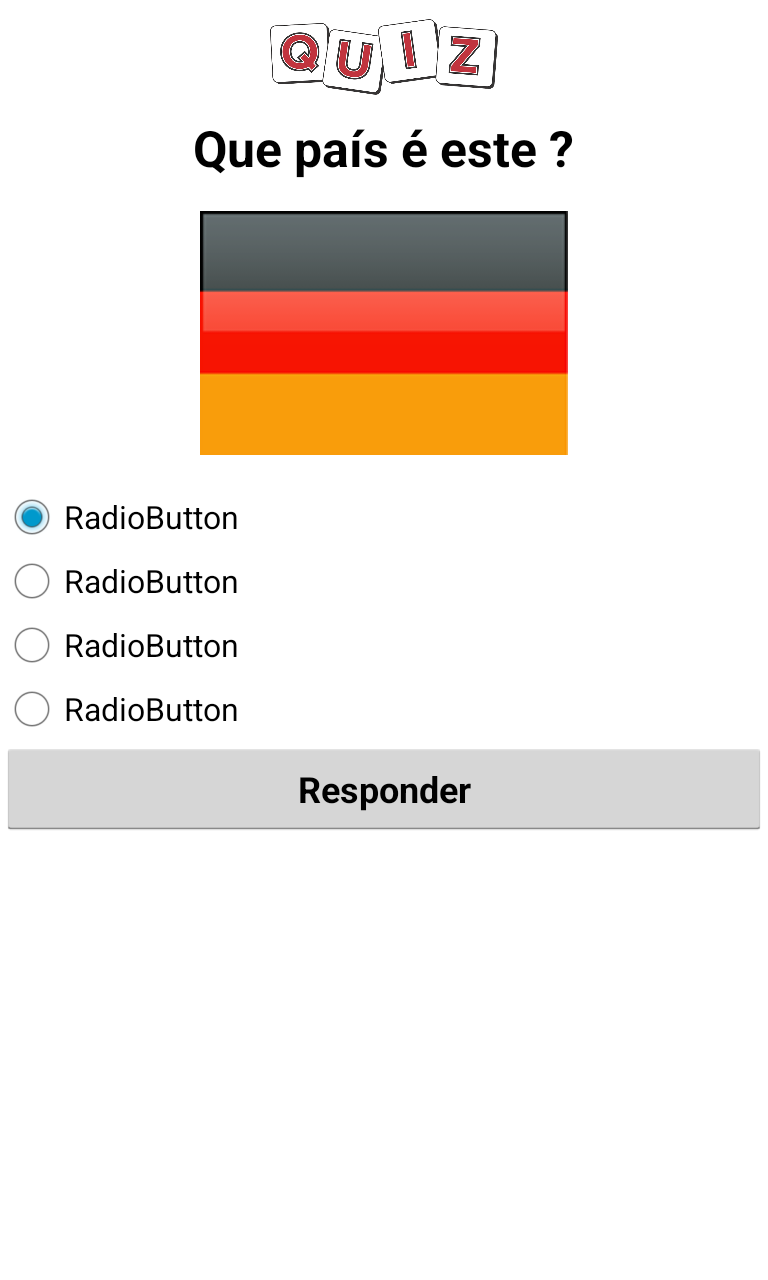
Repository: Rennanxp2/AndroidQuiz
Layout: Quiz Bandeiras Android/Quiz/res/layout/activity_quiz1.xml
The author's editor kept a copy of each file at every save. The layout is drawn from the files as they stood at one save, then again after the next save.
It is drawn on a 768 x 1280 px phone screen (xhdpi) without system bars, with theme AppTheme; the app's code is not run.

Above is the layout before, as saved 2017-10-21 22:08:21.

### Quiz Bandeiras Android/Quiz/res/layout/activity_quiz1.xml
<LinearLayout xmlns:android="http://schemas.android.com/apk/res/android"
    xmlns:tools="http://schemas.android.com/tools"
    android:id="@+id/LinearLayout1"
    android:layout_width="match_parent"
    android:layout_height="match_parent"
    android:orientation="vertical"
    tools:context="${relativePackage}.${activityClass}" >

    <LinearLayout
        android:layout_width="match_parent"
        android:layout_height="wrap_content"
        android:orientation="vertical" >

        <ImageView
            android:id="@+id/imageView1"
            android:layout_width="wrap_content"
            android:layout_height="57dp"
            android:src="@drawable/quiz" />
    </LinearLayout>

    <LinearLayout
        android:layout_width="match_parent"
        android:layout_height="wrap_content"
        android:layout_gravity="center"
        android:orientation="vertical" >

        <TextView
            android:id="@+id/textView1"
            android:layout_width="wrap_content"
            android:layout_height="wrap_content"
            android:layout_gravity="center"
            android:text="Que país é este ?"
            android:textAppearance="?android:attr/textAppearanceLarge"
            android:textSize="25sp"
            android:textStyle="bold" />
    </LinearLayout>

    <Space
        android:layout_width="match_parent"
        android:layout_height="wrap_content" />

    <LinearLayout
        android:layout_width="match_parent"
        android:layout_height="wrap_content"
        android:orientation="vertical" >

        <ImageView
            android:id="@+id/imageView2"
            android:layout_width="184dp"
            android:layout_height="152dp"
            android:layout_gravity="center"
            android:src="@drawable/alemanha" />
    </LinearLayout>

    <LinearLayout
        android:layout_width="match_parent"
        android:layout_height="wrap_content"
        android:orientation="vertical" >
    </LinearLayout>

    <RadioGroup
        android:id="@+id/radioGroup1"
        android:layout_width="wrap_content"
        android:layout_height="wrap_content"
        android:layout_gravity="left" >

        <RadioButton
            android:id="@+id/radio0"
            android:layout_width="wrap_content"
            android:layout_height="wrap_content"
            android:checked="true"
            android:text="RadioButton" />

        <RadioButton
            android:id="@+id/radioButton1"
            android:layout_width="wrap_content"
            android:layout_height="wrap_content"
            android:text="RadioButton" />

        <RadioButton
            android:id="@+id/radio1"
            android:layout_width="wrap_content"
            android:layout_height="wrap_content"
            android:text="RadioButton" />

        <RadioButton
            android:id="@+id/radio2"
            android:layout_width="wrap_content"
            android:layout_height="wrap_content"
            android:text="RadioButton" />
    </RadioGroup>

    <LinearLayout
        android:layout_width="match_parent"
        android:layout_height="wrap_content"
        android:orientation="vertical" >
    </LinearLayout>

    <Button
        android:id="@+id/button1"
        android:layout_width="match_parent"
        android:layout_height="wrap_content"
        android:text="Responder"
        android:textStyle="bold" />

</LinearLayout>

Loaded but not shown: Quiz Bandeiras Android/Quiz/res/values/styles.xml (common file); Quiz Bandeiras Android/Quiz/res/values-v11/styles.xml (common file); Quiz Bandeiras Android/Quiz/res/values-v14/styles.xml (common file)

After the next save:
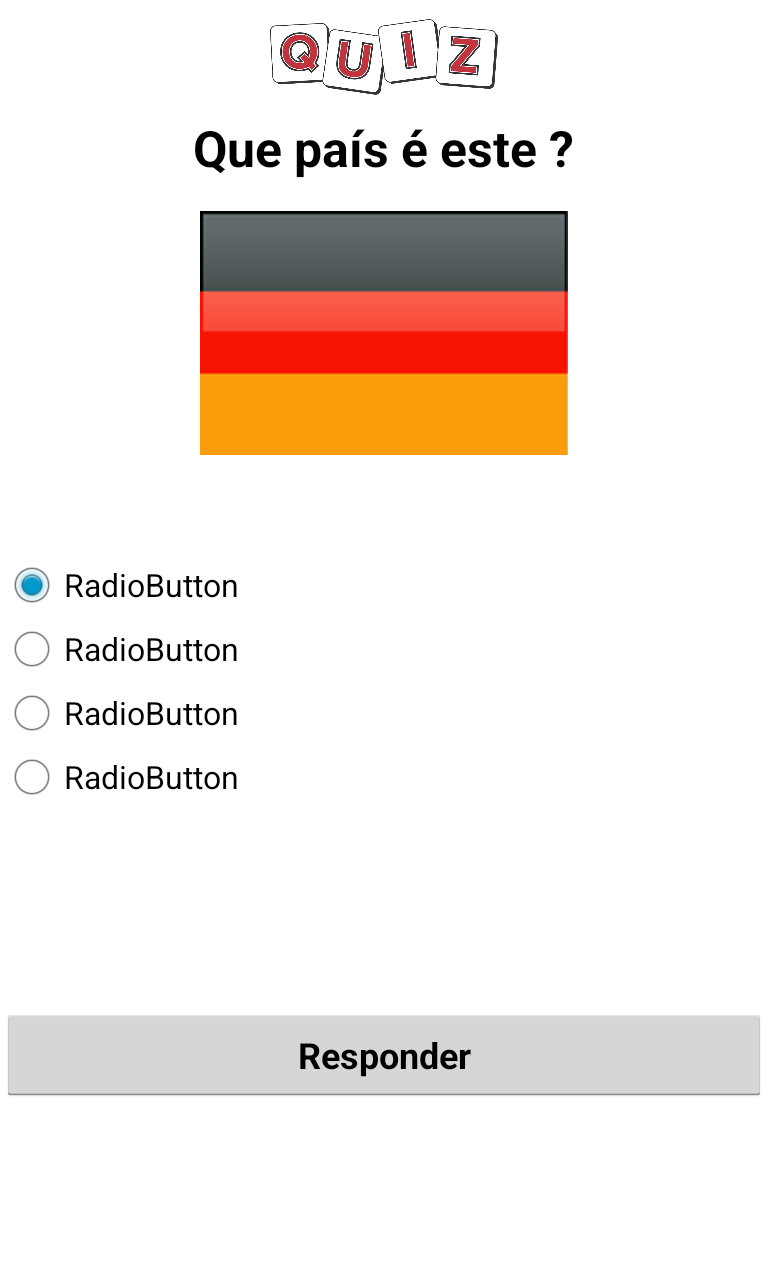
Saved 7 min 26 s later.
--- a/Quiz Bandeiras Android/Quiz/res/layout/activity_quiz1.xml
+++ b/Quiz Bandeiras Android/Quiz/res/layout/activity_quiz1.xml
@@ -52,55 +52,59 @@
             android:src="@drawable/alemanha" />
     </LinearLayout>
 
-    <LinearLayout
+    <RelativeLayout
         android:layout_width="match_parent"
-        android:layout_height="wrap_content"
-        android:orientation="vertical" >
-    </LinearLayout>
+        android:layout_height="173dp" >
 
-    <RadioGroup
-        android:id="@+id/radioGroup1"
-        android:layout_width="wrap_content"
-        android:layout_height="wrap_content"
-        android:layout_gravity="left" >
-
-        <RadioButton
-            android:id="@+id/radio0"
+        <RadioGroup
+            android:id="@+id/radioGroup"
             android:layout_width="wrap_content"
             android:layout_height="wrap_content"
-            android:checked="true"
-            android:text="RadioButton" />
+            android:layout_alignParentBottom="true"
+            android:layout_alignParentLeft="true"
+            android:layout_marginBottom="11dp" >
 
-        <RadioButton
-            android:id="@+id/radioButton1"
-            android:layout_width="wrap_content"
+            <RadioButton
+                android:id="@+id/radio1"
+                android:layout_width="wrap_content"
+                android:layout_height="wrap_content"
+                android:checked="true"
+                android:text="RadioButton" />
+
+            <RadioButton
+                android:id="@+id/radio2"
+                android:layout_width="wrap_content"
+                android:layout_height="wrap_content"
+                android:text="RadioButton" />
+
+            <RadioButton
+                android:id="@+id/radio3"
+                android:layout_width="wrap_content"
+                android:layout_height="wrap_content"
+                android:text="RadioButton" />
+
+            <RadioButton
+                android:id="@+id/radio4"
+                android:layout_width="wrap_content"
+                android:layout_height="wrap_content"
+                android:text="RadioButton" />
+        </RadioGroup>
+
+    </RelativeLayout>
+
+    <RelativeLayout
+        android:layout_width="match_parent"
+        android:layout_height="match_parent" >
+
+        <Button
+            android:id="@+id/button1"
+            android:layout_width="match_parent"
             android:layout_height="wrap_content"
-            android:text="RadioButton" />
+            android:layout_alignParentLeft="true"
+            android:layout_centerVertical="true"
+            android:text="Responder"
+            android:textStyle="bold" />
 
-        <RadioButton
-            android:id="@+id/radio1"
-            android:layout_width="wrap_content"
-            android:layout_height="wrap_content"
-            android:text="RadioButton" />
-
-        <RadioButton
-            android:id="@+id/radio2"
-            android:layout_width="wrap_content"
-            android:layout_height="wrap_content"
-            android:text="RadioButton" />
-    </RadioGroup>
-
-    <LinearLayout
-        android:layout_width="match_parent"
-        android:layout_height="wrap_content"
-        android:orientation="vertical" >
-    </LinearLayout>
-
-    <Button
-        android:id="@+id/button1"
-        android:layout_width="match_parent"
-        android:layout_height="wrap_content"
-        android:text="Responder"
-        android:textStyle="bold" />
+    </RelativeLayout>
 
 </LinearLayout>
